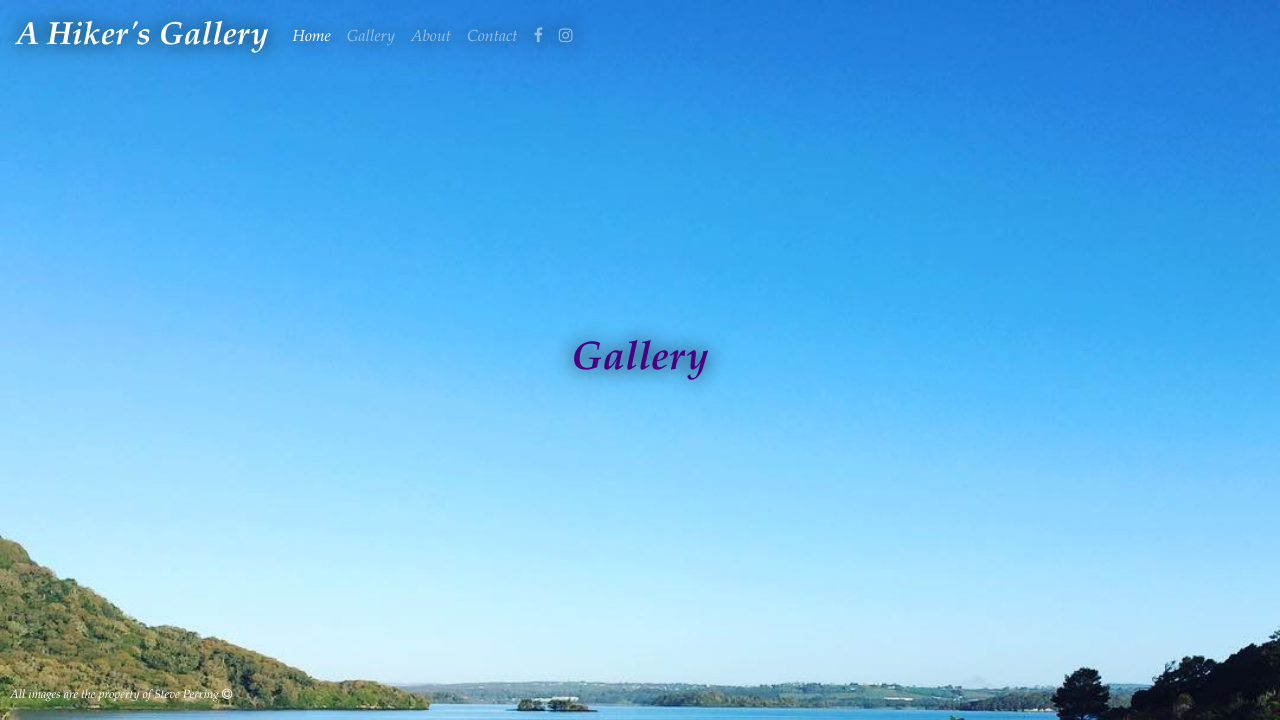
Repository: S-Perring/hiker
Page: index.html
The author's editor kept a record of every edit. The page is drawn from the files as they stood at one moment, then again after the next edit.
The browser window is 1280 px wide. The pictures show the whole page.

Above is the page before.

### index.html
<!DOCTYPE html>
<html lang="en">
<head>
    <meta charset="UTF-8">
    <meta name="viewport" content="width=device-width, initial-scale=1.0">
    <meta http-equiv="X-UA-Compatible" content="ie=edge">
    <link rel="stylesheet" href="https://stackpath.bootstrapcdn.com/bootstrap/4.3.1/css/bootstrap.min.css" type="text/css" />
    <link rel="stylesheet" href="https://stackpath.bootstrapcdn.com/font-awesome/4.7.0/css/font-awesome.min.css" type="text/css" />
    <link rel="stylesheet" href="https://cdnjs.cloudflare.com/ajax/libs/font-awesome/4.7.0/css/font-awesome.min.css">
    <link rel="stylesheet" href="css/style.css" type="text/css" />
    <title>Hiker's Gallery</title>
</head>

<body>

<header>
  <nav class="navbar fixed-top navbar-expand-sm navbar-dark scrolling-navbar">
    <a class="navbar-brand" href="#"><strong>A Hiker's Gallery</strong></a>
    <button class="navbar-toggler" type="button" data-toggle="collapse" data-target="#navbarSupportedContent"
      aria-controls="navbarSupportedContent" aria-expanded="false" aria-label="Toggle navigation">
      <span class="navbar-toggler-icon"></span>
    </button>
    <div class="collapse navbar-collapse" id="navbarSupportedContent">
      <ul class="navbar-nav">
        <li class="nav-item active">
          <a class="nav-link" href="index.html">Home <span class="sr-only">(current)</span></a>
        </li>
        <li class="nav-item">
          <a class="nav-link" href="gallery.html">Gallery</a>
        </li>
        <li class="nav-item">
          <a class="nav-link" href="about.html">About</a>
        </li>
        <li class="nav-item">
          <a class="nav-link" href="contact">Contact</a>
        </li>
      </ul>
      <ul class="navbar-nav nav-flex-icons">
        <li class="nav-item">
          <a class="nav-link"><i class="fa fa-facebook"></i></a>
        </li>
        <li class="nav-item">
          <a class="nav-link"><i class="fa fa-instagram"></i></a>
        </li>
      </ul>
    </div>
  </nav>

</header>

<section>
    <div class="main-pic">

        <div>
            <a class="explore" href="gallery.html">Gallery</a>
        </div>
    </div>


</section>

<footer class="fixed-bottom">
   <p>All images are the property of Steve Perring  <i class="fa fa-copyright"></i></p>
</footer>

    <script src="https://code.jquery.com/jquery-3.3.1.slim.min.js"></script>
    <script src="https://cdnjs.cloudflare.com/ajax/libs/popper.js/1.14.7/umd/popper.min.js"></script>
    <script src="https://stackpath.bootstrapcdn.com/bootstrap/4.3.1/js/bootstrap.min.js"></script>

</body>

</html>

### css/style.css
@import url('https://fonts.googleapis.com/css?family=Roboto:100,200,300,400,500,600,700|Exo:100,200,300,400,500,600,700');


.nav-link {
    font-family: Garamond;
    color: #f0ece1;
    font-weight: 200;
    font-style: italic;
}


.main-pic {
    background-image: url(../css/images/IMG_5437.JPG);
    background-size: cover;
    max-width: 100%;
    height: 100vh;
    padding: 0;
    display: flex;
    align-items: center;
    justify-content: center;
    position: relative;
    background-repeat: no-repeat;

}


.navbar-brand {
    font-family: Garamond;
    font-size: 2em;
    font-style: italic;
    color: #f0ece1;
    border-color: #f0ece1;
}

.explore {
    font-family: Garamond;
    text-align: center;
    font-style: italic;
    font-size: 2.5em;
    font-weight: bolder;
    color: #4B0082;

}


a {
    text-decoration: none;
    background-color: transparent;
    text-shadow: 0 0 20px black;
}

footer {
    padding-left: 10px;
    position: relative;
    font-family: Garamond;
    font-style: italic;
    color: #fff;
    font-size: .75em;
}

a:hover {
  text-decoration: none;
  text-transform: capitalize;
  color: #fff;

}

After the next edit:
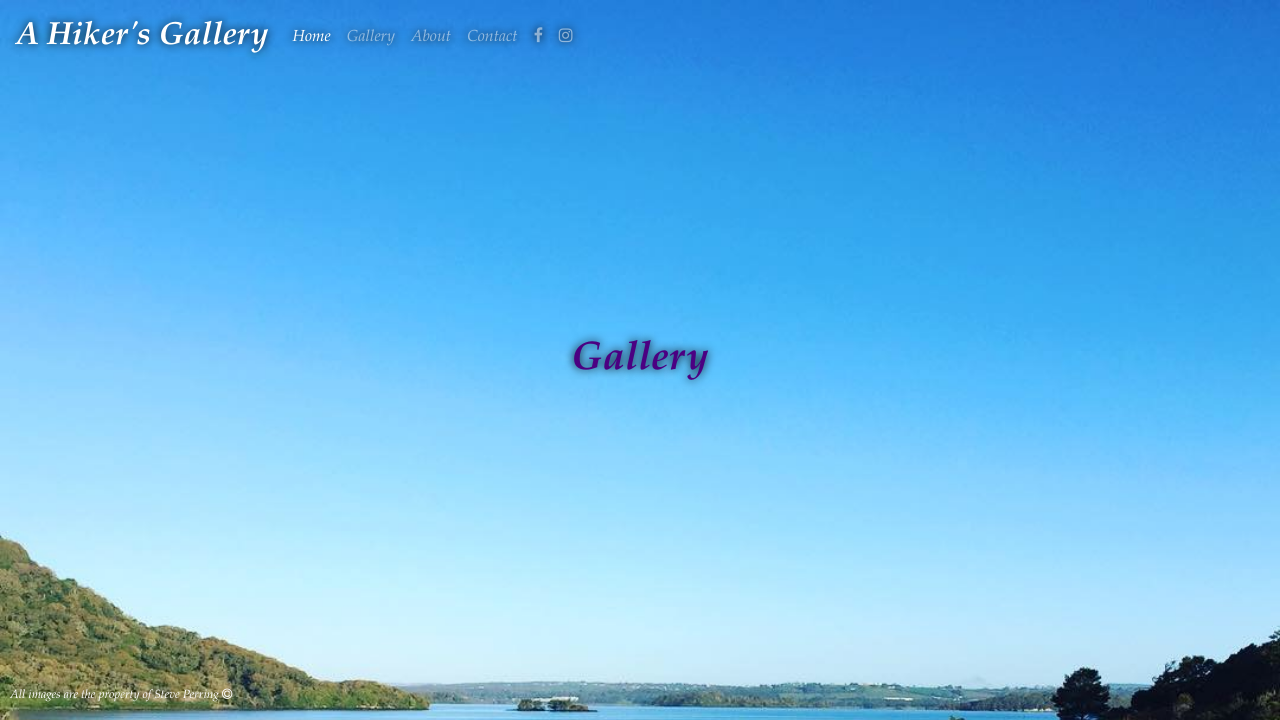
The edit:
--- a/css/style.css
+++ b/css/style.css
@@ -46,7 +46,7 @@
 a {
     text-decoration: none;
     background-color: transparent;
-    text-shadow: 0 0 20px black;
+    text-shadow: 0 0 10px black;
 }
 
 footer {
